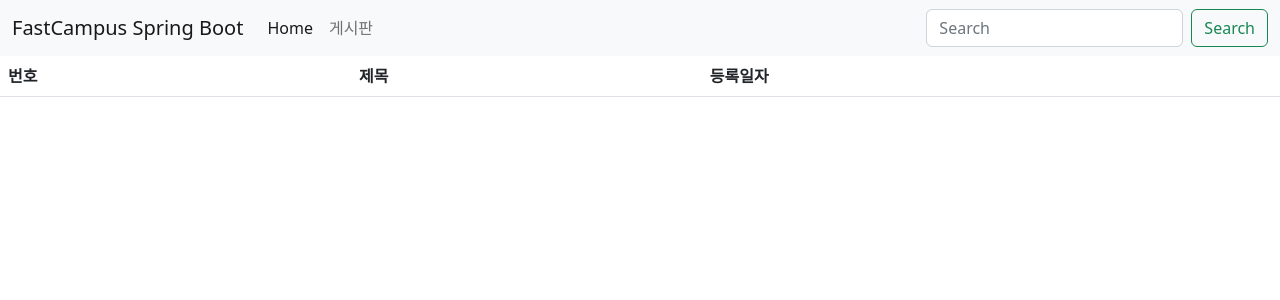
Repository: MeteorLee/Fastcampus_Spring
Page: http://localhost/java-web-01-jsp/board/list.jsp
These files come from the project's save history. The page is drawn as it stood at one moment and after the next save; the edit follows.
The browser window is 1280 px wide. The pictures show the whole page.
The page is served by Tomcat 9. Queries for data that is not in the repository find no rows.

Above is the page before, as saved 2022-12-23 12:05:30.

### java-web-01-jsp/WebContent/board/list.jsp
<%@page import="java.sql.Statement"%>
<%@page import="java.sql.ResultSet"%>
<%@page import="java.sql.PreparedStatement"%>
<%@page import="java.sql.DriverManager"%>
<%@page import="java.sql.Connection"%>
<%@ page language="java" contentType="text/html; charset=UTF-8"
    pageEncoding="UTF-8"%>
<!DOCTYPE html>
<html>
	<head>
		<meta charset="UTF-8">
		<title>Insert title here</title>
		<link href="https://cdn.jsdelivr.net/npm/bootstrap@5.2.3/dist/css/bootstrap.min.css" rel="stylesheet" integrity="sha384-rbsA2VBKQhggwzxH7pPCaAqO46MgnOM80zW1RWuH61DGLwZJEdK2Kadq2F9CUG65" crossorigin="anonymous">
	</head>
	<body>
		<%@ include file="/common/header.jsp" %>

		<table class="table">
			<thead>
				<tr>
					<th scope="col">번호</th>
					<th scope="col">제목</th>
					<th scope="col">등록일자</th>
				</tr>
			</thead>
			<tbody>
<%
	// DB에 접속을 하고 위에 내용을 저장하는 소스 구현
	Connection connection = null;
	ResultSet rs = null;
	try {
		Class.forName("com.mysql.cj.jdbc.Driver");
		// 데이터베이스 접속을 위한 정보 set
		String jdbcUrl = "jdbc:mysql://localhost:3307/profile";
		// db설치시 기입한 접속정보 set
		String user = "root";
		String password = "1234";
		// db 접속 커넥션을 획득
		connection = DriverManager.getConnection(jdbcUrl, user, password);
		String sql = "SELECT BOARD_SEQ, TITLE, CONTENTS, REG_DATE FROM T_BOARD";
		// DB 커넥션 소스를 구현해야되요.
		Statement stmt = connection.createStatement();
		rs = stmt.executeQuery(sql);
		while (rs.next()) {
%>
		<tr>
			<th scope="row"><%=rs.getString("BOARD_SEQ") %></th>
			<td>
				<a href="/board/detail.jsp?boardSeq=<%=rs.getString("BOARD_SEQ") %>">
					<%=rs.getString("TITLE") %>
				</a>
			</td>
			<td><%=rs.getString("REG_DATE") %></td>
		</tr>
<%
		}
%>
<%
	} catch (Exception e) {
		e.printStackTrace();
	} finally {
		try {
			// ResultSet 연결을 종료
			if (rs != null) {
				rs.close();
			}
			// db 커넥션 연결을 종료
			if (connection != null) {
				connection.close();
			}
		} catch (Exception e) {
			e.printStackTrace();
		}
	}
%>
			</tbody>
		</table>
		<script src="https://cdn.jsdelivr.net/npm/bootstrap@5.2.3/dist/js/bootstrap.bundle.min.js" integrity="sha384-kenU1KFdBIe4zVF0s0G1M5b4hcpxyD9F7jL+jjXkk+Q2h455rYXK/7HAuoJl+0I4" crossorigin="anonymous"></script>
	</body>
</html>

### java-web-01-jsp/WebContent/common/header.jsp
<%@ page language="java" contentType="text/html; charset=UTF-8"
    pageEncoding="UTF-8"%>
<nav class="navbar navbar-expand-lg bg-light">
  <div class="container-fluid">
    <a class="navbar-brand" href="#">FastCampus Spring Boot</a>
    <button class="navbar-toggler" type="button" data-bs-toggle="collapse" data-bs-target="#navbarSupportedContent" aria-controls="navbarSupportedContent" aria-expanded="false" aria-label="Toggle navigation">
      <span class="navbar-toggler-icon"></span>
    </button>
    <div class="collapse navbar-collapse" id="navbarSupportedContent">
      <ul class="navbar-nav me-auto mb-2 mb-lg-0">
        <li class="nav-item">
          <a class="nav-link active" aria-current="page" href="/">Home</a>
        </li>
        <li class="nav-item">
          <a class="nav-link" href="/board/list.jsp">게시판</a>
        </li>

      </ul>
      <form action="/board/list.jsp" class="d-flex" role="search">
        <input name="query" class="form-control me-2" type="search" placeholder="Search" aria-label="Search">
        <button class="btn btn-outline-success" type="submit">Search</button>
      </form>
    </div>
  </div>
</nav>

After the next save:
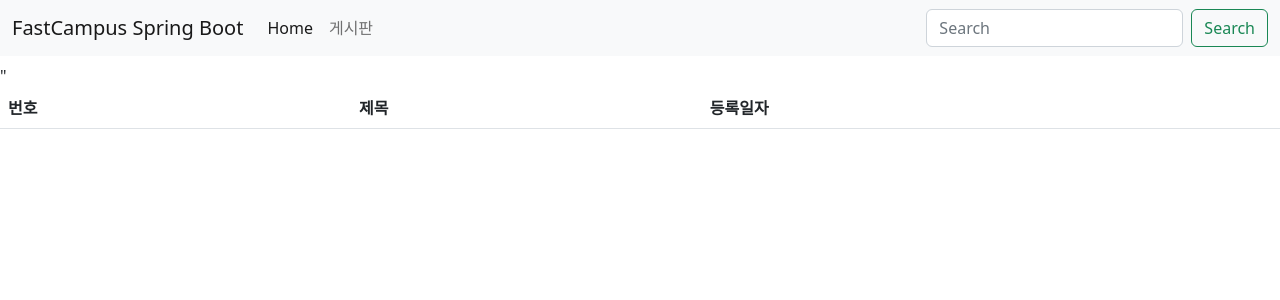
Saved 60 s later.
--- a/java-web-01-jsp/WebContent/common/header.jsp
+++ b/java-web-01-jsp/WebContent/common/header.jsp
@@ -23,3 +23,4 @@
     </div>
   </div>
 </nav>
+<div class="mt-2"></div>"
